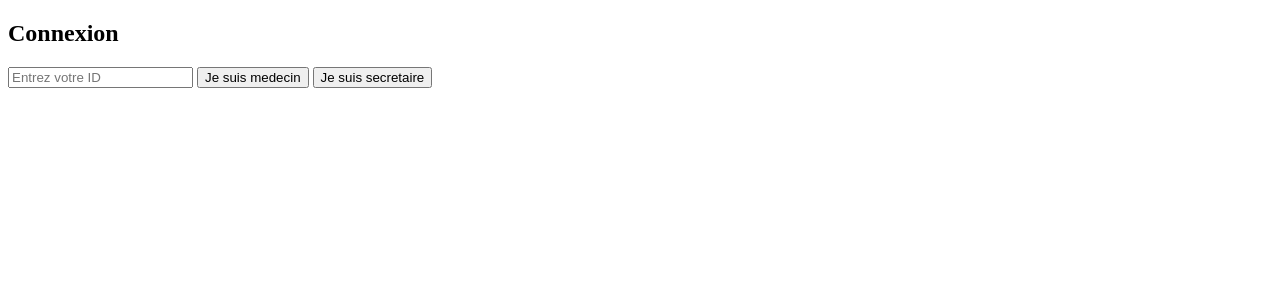
Repository: Caleb-St/CabinetMedical
Page: http://localhost/main.php
An editor plug-in stored every save of this project. The page is shown before and after the next save, followed by the edit.
The browser window is 1280 px wide. The pictures show the whole page.
The page is run by PHP 8.4 with error messages shown; the project is at /var/www/html/.

Above is the page before, as saved 2016-04-07 23:39:30.

After the next save:
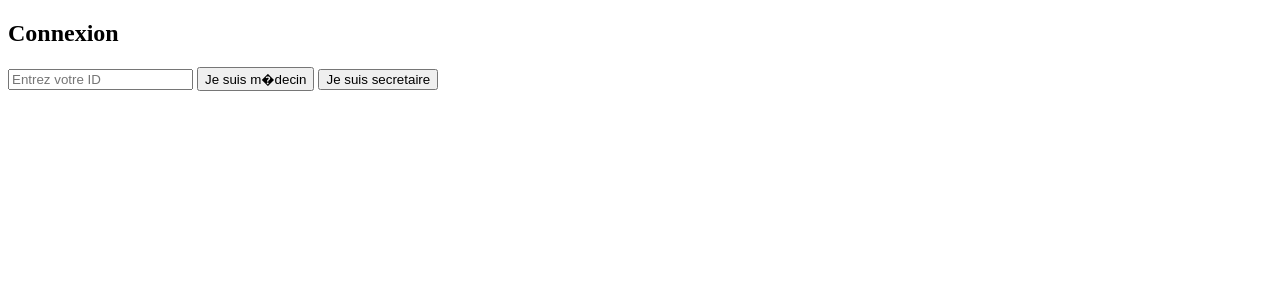
Saved 5 s later.
--- a/dbphp/main.php
+++ b/dbphp/main.php
@@ -11,7 +11,7 @@
 <h2>Connexion</h2>
 <form method="post" action="/CabinetMedical/dbphp/connectDB.php">
 	<input type="text" placeholder="Entrez votre ID" name="userID">
-	<input type="submit" name="medecin" value="Je suis medecin">
+	<input type="submit" name="medecin" value="Je suis médecin">
 	<input type="submit" name="secretaire" value="Je suis secretaire">
 </form>
 
